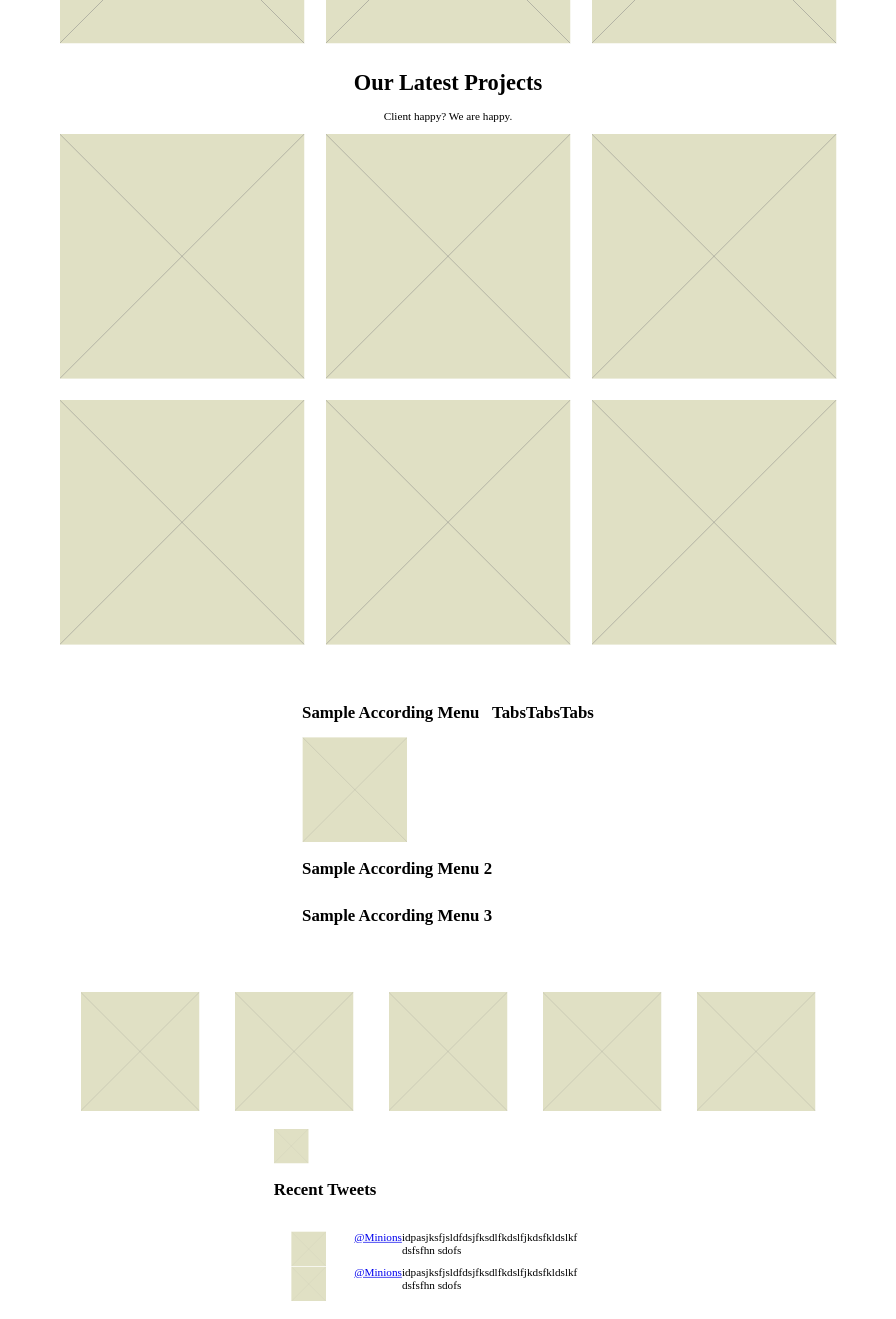
Repository: ReallyNguyen/responsive-web
Page: index.html
The author's editor kept a copy of each file at every save. The page is drawn from the files as they stood at one save, then again after the next save.
The browser window is 1280 px wide. The pictures show the part of the page from y = 853 to 2773 px (the page is 2737 px tall before and 2773 px after), at 70% of full size.

Above is the page before, as saved 2023-01-25 22:02:34.

After the next save:
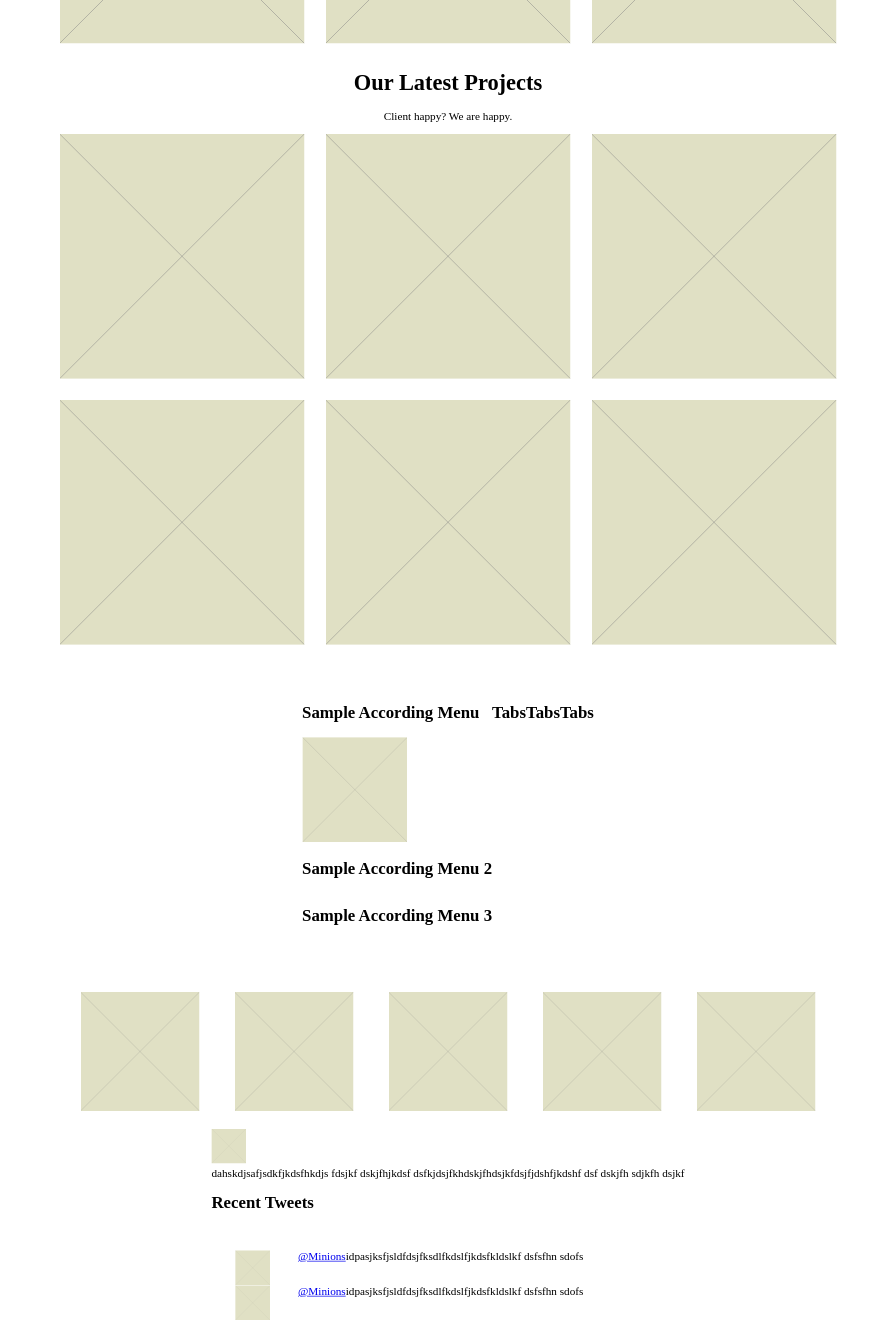
Saved 11 s later.
--- a/index.html
+++ b/index.html
@@ -167,6 +167,7 @@
 
         <div class="founder">
           <img src="placeholder.svg" alt="" width="50" height="50">
+          <p> dahskdjsafjsdkfjkdsfhkdjs fdsjkf dskjfhjkdsf dsfkjdsjfkhdskjfhdsjkfdsjfjdshfjkdshf dsf dskjfh sdjkfh dsjkf</p>
 
         </div>
 
